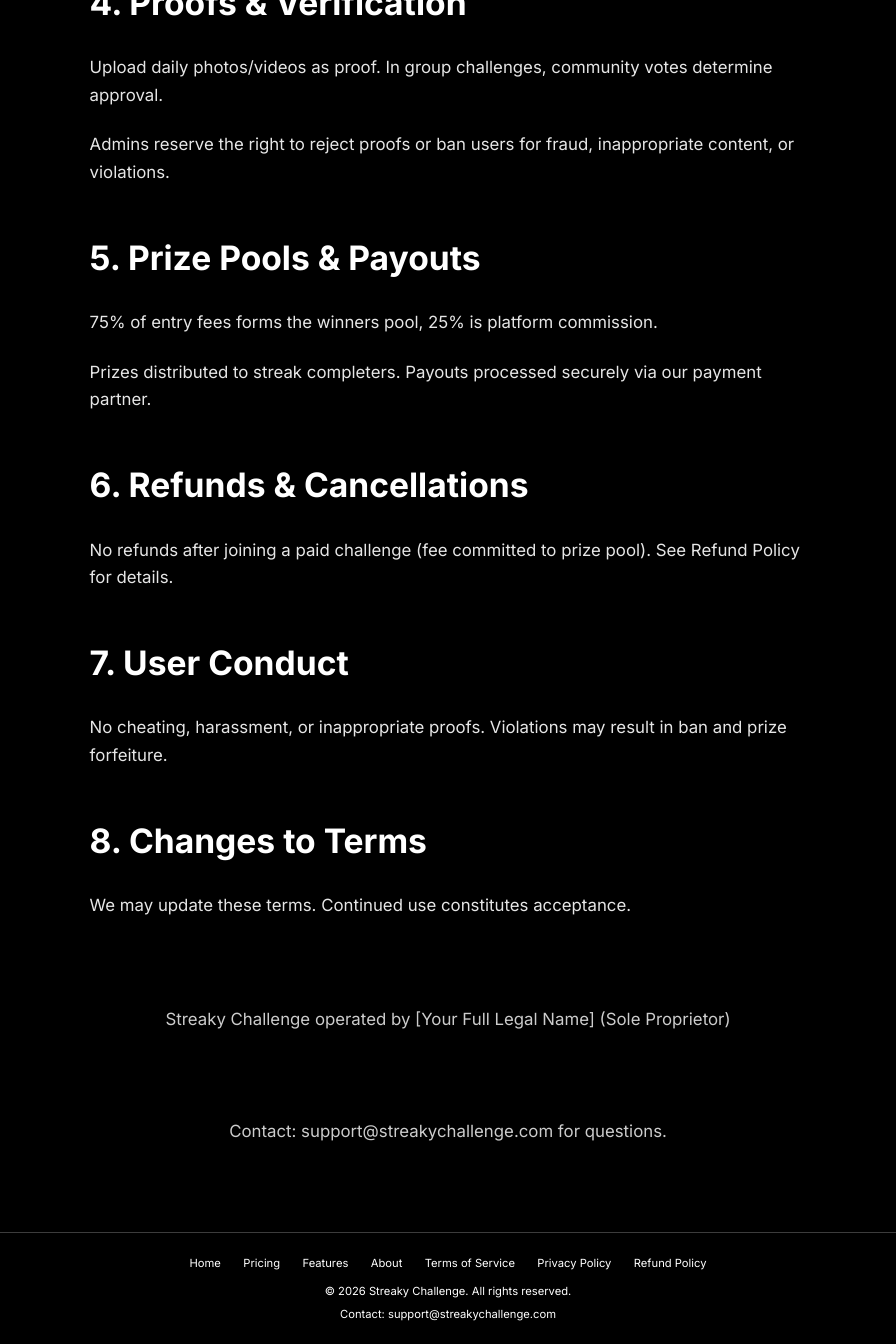
Repository: ZUBEYT/streaky-site
Page: /terms
An editor plug-in stored every save of this project. The page is shown before and after the next save, followed by the edit.
The browser window is 1280 px wide. The pictures show the part of the page from y = 1432 to 3352 px (the page is 3352 px tall), at 70% of full size.
The project was rebuilt for these pictures with package versions that can differ from the ones it lists, and the page was loaded fresh each time. The framework's server and built-in components were replaced by stand-ins that run in the browser. Also part of the build but not shown: next.config.ts.

Above is the page before, as saved 2026-01-22 18:35:36.

After the next save:
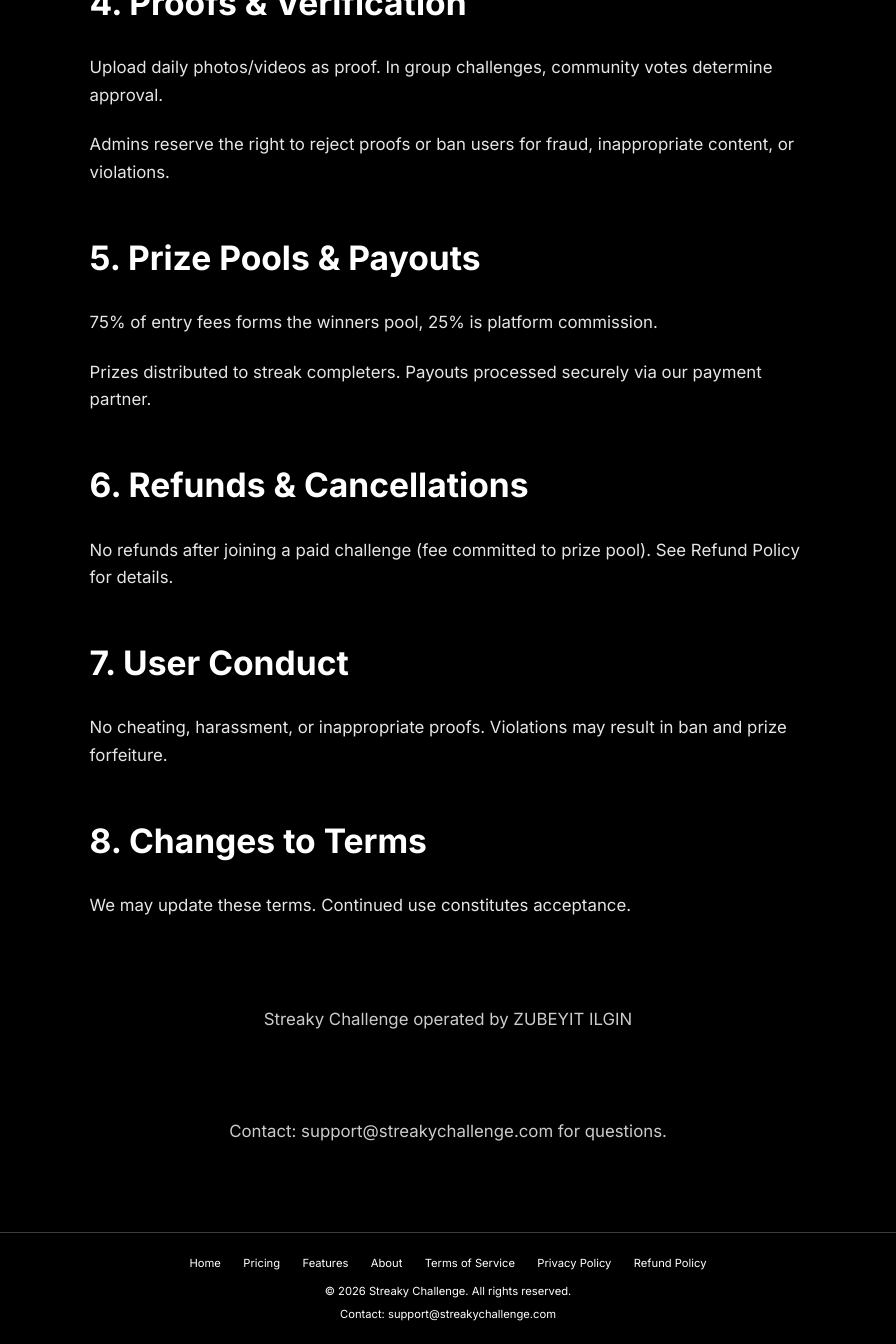
Saved 108 s later.
--- a/src/app/terms/page.tsx
+++ b/src/app/terms/page.tsx
@@ -73,7 +73,7 @@
                     </section>
                 </div>
                 <p className="text-center text-2xl mt-32 opacity-80">
-                    Streaky Challenge operated by [Your Full Legal Name] (Sole Proprietor)
+                    Streaky Challenge operated by ZUBEYIT ILGIN
                 </p>
                 <p className="text-center text-2xl mt-32 opacity-80">Contact: support@streakychallenge.com for questions.</p>
             </div>
